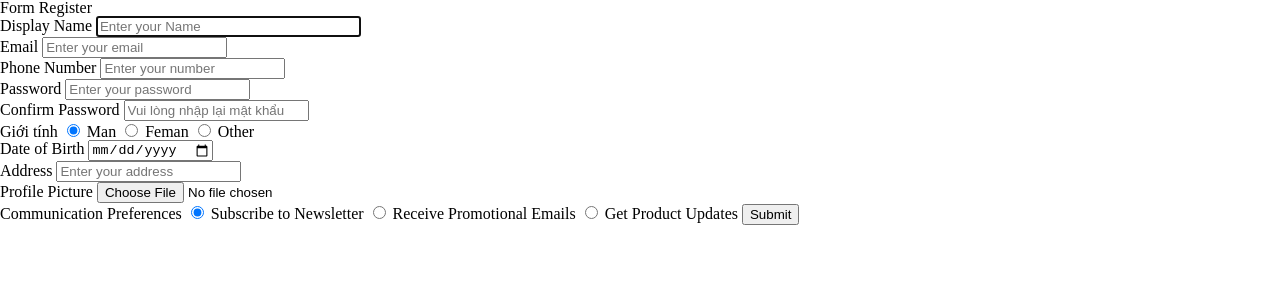
Repository: lannguyen1301/f8-zoom-day-4
Page: form.html
These files come from the project's save history. The page is drawn as it stood at one moment and after a run of saves; the edit follows.
The browser window is 1280 px wide. The pictures show the whole page.

Above is the page before, as saved 2025-04-19 22:33:11.

After the next 2 saves:
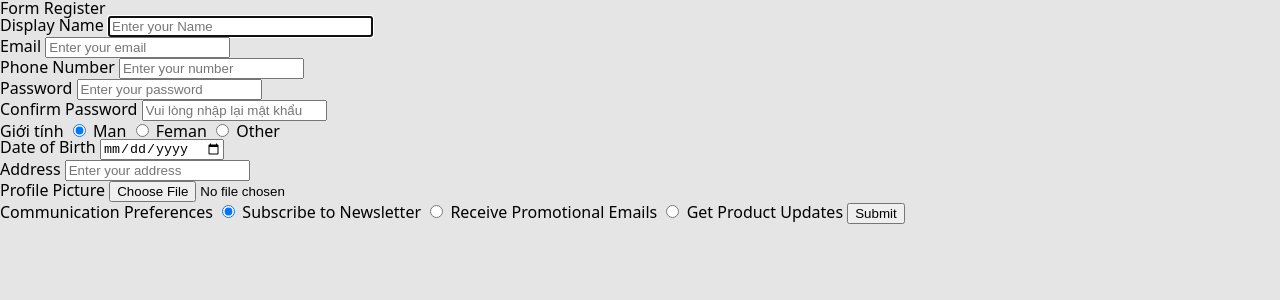
The 2 saves are shown as one change because they came seconds apart.
The last was saved 8 s later.
--- a/form.html
+++ b/form.html
@@ -6,7 +6,7 @@
     <meta name="viewport" content="width=device-width, initial-scale=1.0">
     <title>Form Register</title>
     <link rel="stylesheet" href="./assets/css/reset.css">
-    <link rel="stylesheet" href="./assets/css/reset.css">
+    <link rel="stylesheet" href="./assets/css/style.css">
     <link rel="stylesheet" href="./assets/css/form-resgiter.css">
 </head>
 
